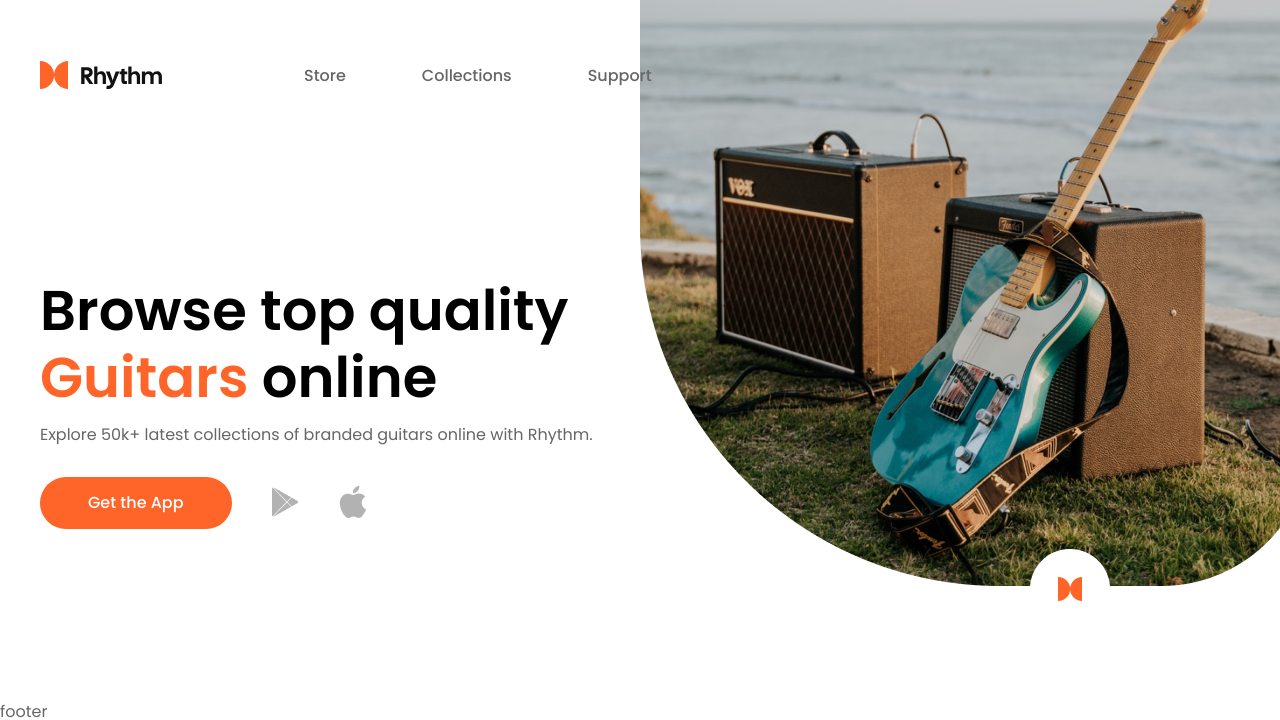
Repository: MorgunovaAlexandra/verstka-gitare-store
Page: index.html
An editor plug-in stored every save of this project. The page is shown before and after the next save, followed by the edit.
The browser window is 1280 px wide. The pictures show the whole page.

Above is the page before, as saved 2022-06-05 18:17:06.

### index.html
<!DOCTYPE html>
<html lang="en">
<head>
    <meta charset="UTF-8">
    <meta http-equiv="X-UA-Compatible" content="IE=edge">
    <meta name="viewport" content="width=device-width, initial-scale=1.0">
    <link rel="stylesheet" href="./style.css">
    <title>Document</title>
</head>
<body>
    <div class="wrapper">
        <header class="header">
            <div class="header__container _container">
                <a href="" class="header__logo">
                    <img src="./img/logo.svg" alt="">
                </a>
                <nav class="header__menu menu">
                    <ul class="menu__list">
                        <li class="menu__item">
                            <a href="" class="menu__link">Store</a>
                        </li>
                        <li class="menu__item">
                            <a href="" class="menu__link">Collections</a>
                        </li>
                        <li class="menu__item">
                            <a href="" class="menu__link">Support</a>
                        </li>
                    </ul>
                </nav>
            </div>
        </header>
        <main class="page">
            <section class="page__main main">
                <div class="main__container _container">
                    <div class="main__content">
                        <h1 class="main__title">Browse top quality <span>Guitars</span> online</h1>
                        <p class="main__text">Explore 50k+ latest collections of branded guitars online with Rhythm.</p>
                        <div class="main_actions actions-main">
                            <a href="" class="actions-main__button">Get the App</a>
                            <div class="actions-main__icon"><img src="./img/Group.png" alt="playMarket"></div>
                            <div class="actions-main__icon"><img src="./img/Apple logo.png" alt="apple"></div>
                        </div>
                    </div>
                    <div class="main_decor decor-main">
                        <div class="decor-main__image">
                            <img  src="./img/unsplash_H6j0Zsy91WY.png"alt="Main">
                        </div>
                    </div>
                </div>
            </section>
        </main>
        <footer class="footer">footer</footer>
    </div>

</body>
</html>

### style.css
@import url('https://fonts.googleapis.com/css2?family=Poppins:wght@400;500;600&display=swap');
*,*::before,*::after{
    margin: 0;
    padding: 0;
    box-sizing: border-box;
    border: none;
}
html,body{
    height: 100%;
    min-width: 320px;
}
body{
    line-height: 1;
    font-family: Poppins;
    font-size: 16px;
    color:#666666;
}
ul{}
li{
    list-style: none;
}
a{
    text-decoration: none;
    color:#666666;
    font-weight: 500;

}
._container{
    max-width: 1230px;
    margin: 0 auto;
    padding: 0px 15px;
}
.wrapper{
    display: flex;
    flex-direction: column;
    min-height: 100%;
    overflow: hidden;
}

/*------------------header------------------*/
.header__container{
    display: flex;
    gap:131px;
    min-height: 152px;
    align-items: center;
}
.header__logo{

}
.menu__list{
    display: flex;
    gap:56px;
}
.menu__item{
    padding: 10px;
    color:rgb(183, 192, 200);
    opacity: ;
}
.header{
    position: absolute;
    top:0;
    left: 0;
    width: 100%;
    z-index: 20;
}
/*------------------main------------------*/
.page{
    flex:1 1 auto
}
.page__main {
}
.main {
    padding-bottom: 80px;
}
.main__container {
    display: flex;
}
._container {
}
.main__content {
    display: flex;
    flex-direction: column;
    justify-content: space-between;
    flex:1 1 50%;
    align-self: flex-end;
    padding-bottom: 60px;
    padding-top: 120px;
    padding-right: 20px;
}
.main__title {
    font-size: 56px;
    line-height: 67px;
    color:black;
    margin-bottom: 16px;
}
.main__title span{
    color:#FF6428
}
.main__text {
    margin-bottom: 34px;
}
.main_actions {
}
.actions-main {
    display: flex;
    gap: 40px;
    align-items: center;
}
.actions-main__button {
    background-color: #FF6428;
    color:white;
    padding: 18px 48px;
    border-radius: 40px;
}
.actions-main__icon {
}
.main_decor {
    flex:1 1 50%
}
.decor-main {
}
.decor-main__image {
    margin-right: -135px;
    position: relative;


}
.decor-main__image img{
    max-width: 672px;
}
.decor-main__image::after{
    content: "";
    background: url("./img/Group\ 5189.png");
    width: 80px;
    height: 80px;
    position: absolute;
    right: 36%;
    bottom: 0;
    transform: translate(0,50%);
}
@media(max-width:1092px){
    .decor-main__image img{
        width: 100%;
    }
    .main__content {
        flex:0 0 70%;
    }
    .main_decor {
        flex:0 0 30%
    }
}

After the next save:
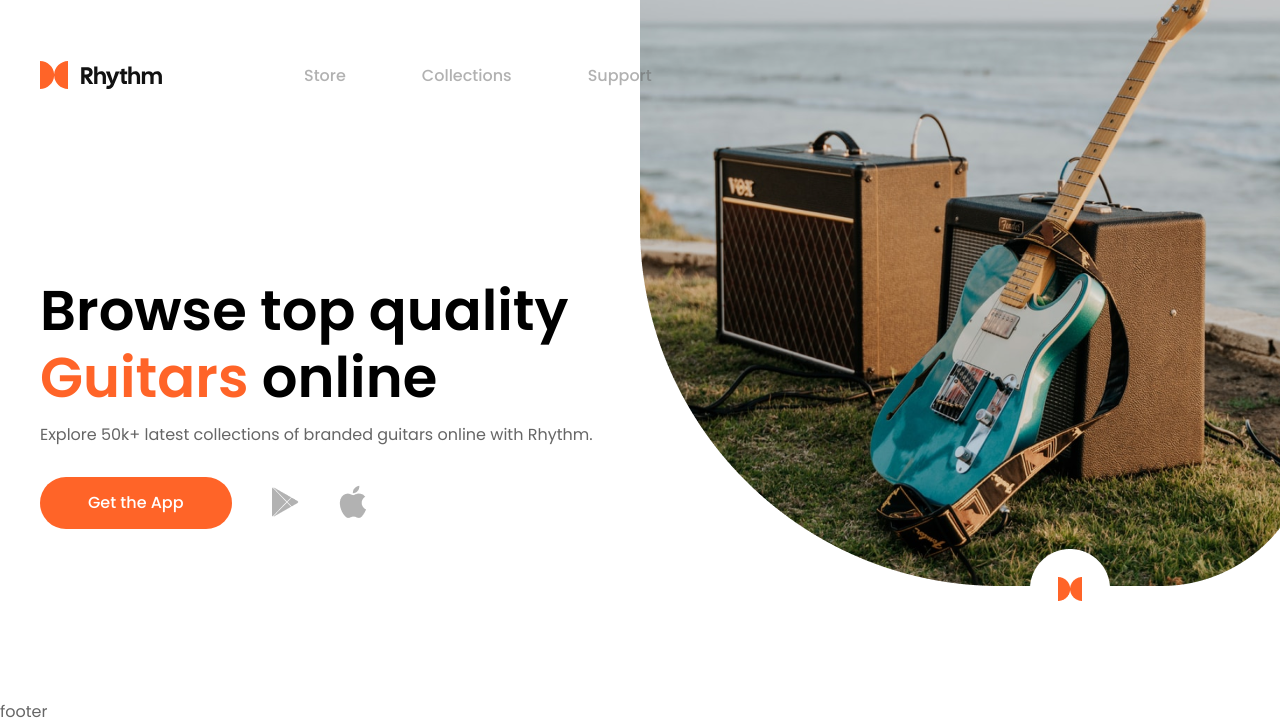
Saved 4 s later.
--- a/style.css
+++ b/style.css
@@ -54,7 +54,7 @@
 .menu__item{
     padding: 10px;
     color:rgb(183, 192, 200);
-    opacity: ;
+    opacity: 50%;
 }
 .header{
     position: absolute;

After the save that followed:
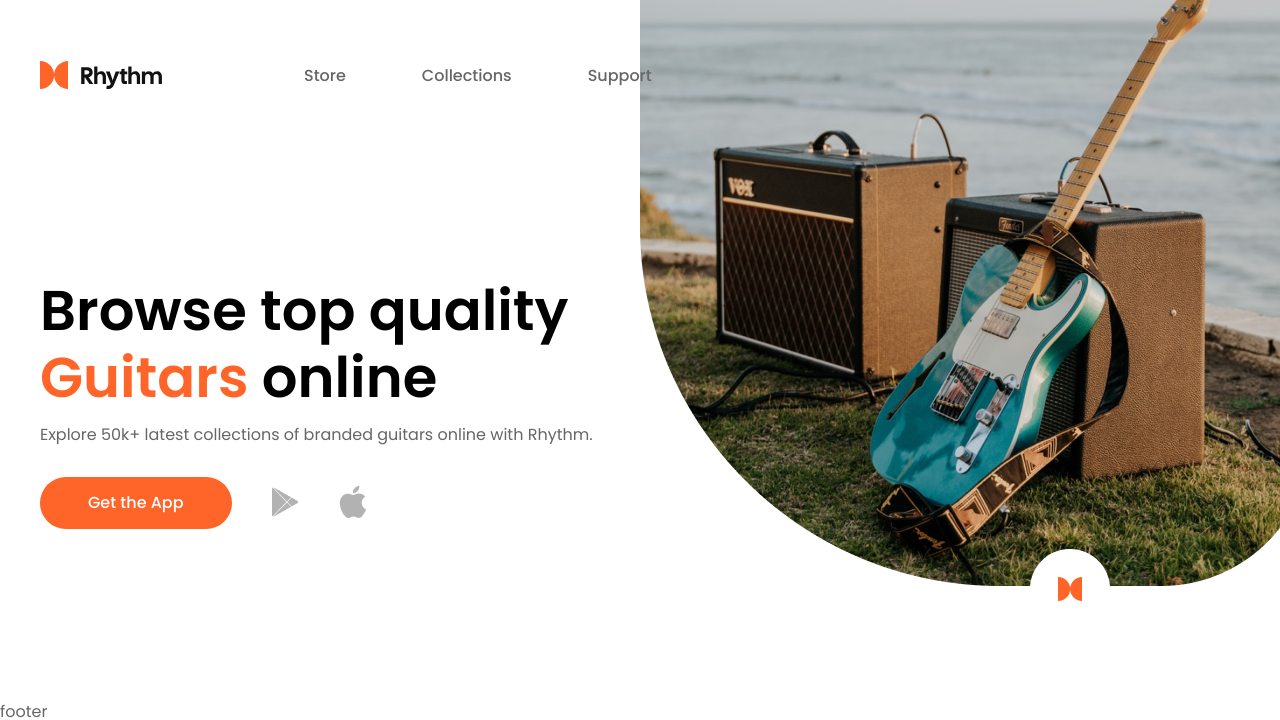
Saved 19 s later.
--- a/style.css
+++ b/style.css
@@ -54,7 +54,7 @@
 .menu__item{
     padding: 10px;
     color:rgb(183, 192, 200);
-    opacity: 50%;
+
 }
 .header{
     position: absolute;
